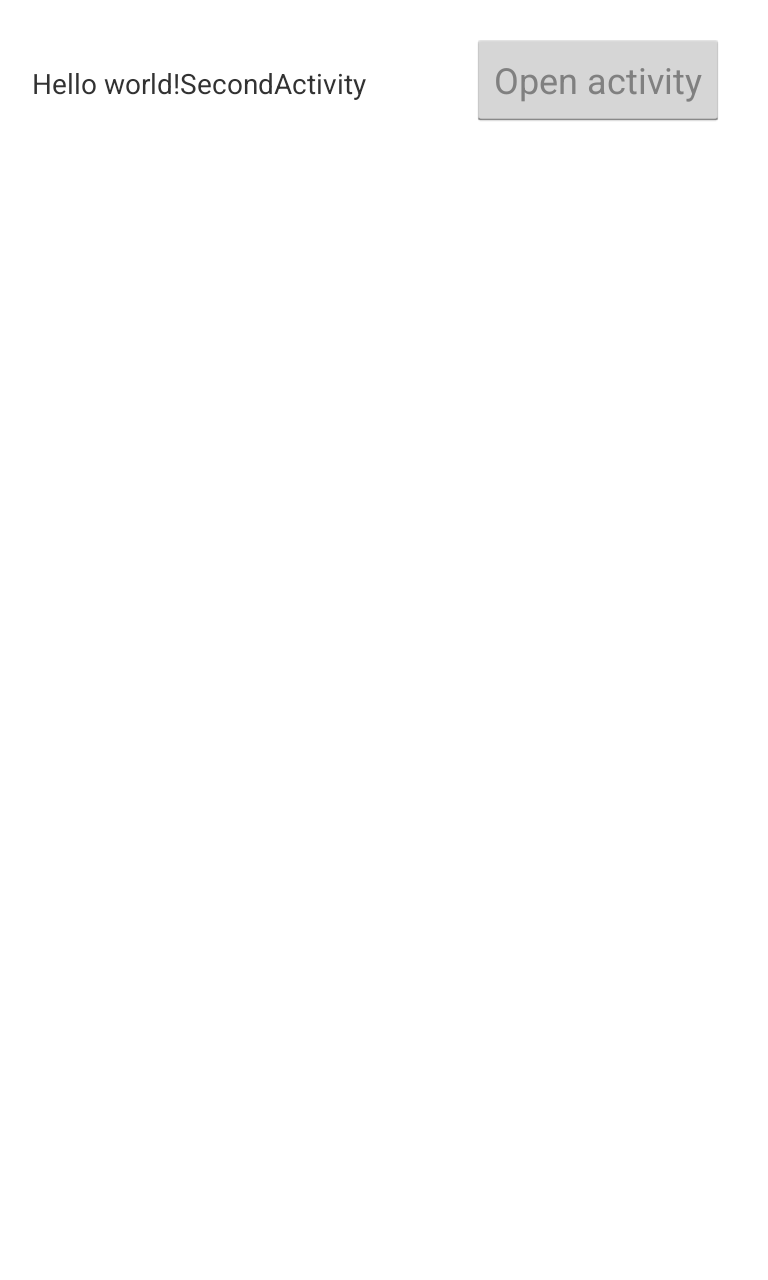
Repository: libelosophy/anjoyo
Layout: workspace/AndroidIntentDemo/res/layout/activity_second.xml
An editor plug-in stored every save of this project. The layout is shown before and after the next save, followed by the edit.
It is drawn on a 768 x 1280 px phone screen (xhdpi) without system bars, with theme AppTheme; the app's code is not run.

Above is the layout before, as saved 2013-09-10 10:42:58.

After the next save:
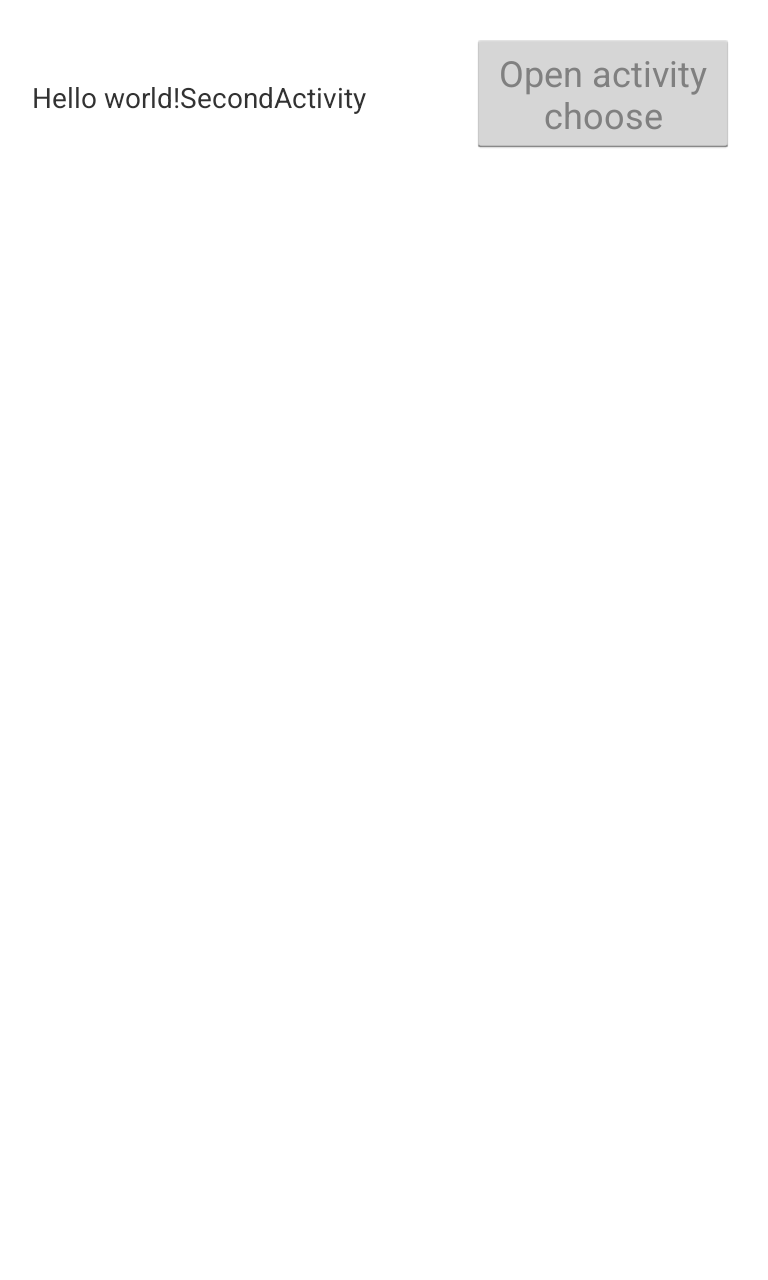
Saved 16 s later.
--- a/workspace/AndroidIntentDemo/res/values/strings.xml
+++ b/workspace/AndroidIntentDemo/res/values/strings.xml
@@ -10,5 +10,5 @@
     <string name="start_second">硬匹配启动</string>
 
 
-    <string name="choose_intent">Open activity</string>
+    <string name="choose_intent">Open activity choose</string>
 </resources>
